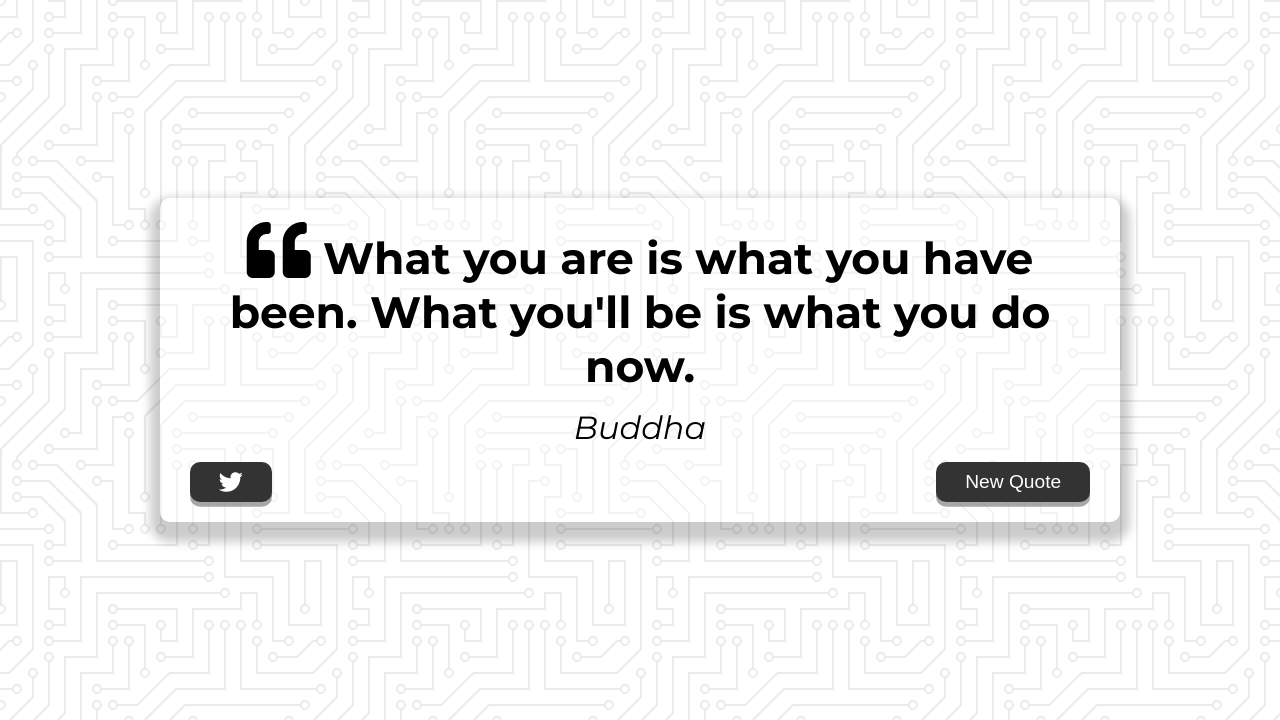
Repository: Badynko/quote-generator
Page: index.html
These files come from the project's save history. The page is drawn as it stood at one moment and after the next save; the edit follows.
The browser window is 1280 px wide. The pictures show the whole page.
The page's requests for data from a server got no answer. Some web libraries are served in a nearby version.

Above is the page before, as saved 2024-05-08 20:00:13.

### index.html
<!DOCTYPE html>
<html lang="en">
  <head>
    <meta charset="UTF-8" />
    <meta http-equiv="Permissions-Policy" content="interest-cohort=()" />
    <meta name="viewport" content="width=device-width, initial-scale=1.0" />
    <title>Template</title>
    <link rel="icon" type="image/png" href="favicon.png" />

    <link
      rel="stylesheet"
      href="https://cdnjs.cloudflare.com/ajax/libs/font-awesome/5.10.2/css/all.min.css"
    />
    <link rel="stylesheet" href="style.css" />
  </head>
  <body>
    <div class="quote-container" id="quote-container">
      <!-- Quote -->
      <div class="quote-text">
        <i class="fas fa-quote-left"></i>
        <span id="quote">
          What you are is what you have been. What you'll be is what you do now.
        </span>
      </div>
      <!-- Author -->
      <div class="quote-author">
        <span id="author">Buddha</span>
      </div>
      <!-- Buttons -->
      <div class="button-container">
        <button class="twitter-button" id="twitter" title="Tweet This!">
          <i class="fab fa-twitter"></i>
        </button>
        <button id="new-quote">New Quote</button>
      </div>
    </div>
    <!-- Script -->
    <script src="script.js"></script>
  </body>
</html>

### style.css
@import url("https://fonts.googleapis.com/css2?family=Montserrat:ital,wght@0,100..900;1,100..900&display=swap");

html {
  box-sizing: border-box;
}

body {
  margin: 0;
  min-height: 100vh;
  background-color: #ffffff;
  background-image: url("data:[embedded picture, 5330 characters]");
  color: #000;
  font-family: Montserrat, sans-serif;
  font-weight: 700;
  text-align: center;
  display: flex;
  align-items: center;
  justify-content: center;
}

.quote-container {
  width: auto;
  max-width: 900px;
  padding: 20px 30px;
  border-radius: 10px;
  background-color: rgba(255, 255, 255, 0.4);
  box-shadow: 0 10px 10px 10px rgba(0, 0, 0, 0.2);
}

.quote-text {
  font-size: 2.75rem;
}

.long-quote {
  font-size: 2rem;
}

.fa-quote-left {
  font-size: 4rem;
}

.quote-author {
  margin-top: 15px;
  font-size: 2rem;
  font-weight: 400;
  font-style: italic;
}

.button-container {
  margin-top: 15px;
  display: flex;
  justify-content: space-between;
}

button {
  cursor: pointer;
  font-size: 1.2rem;
  height: 2.5rem;
  border: none;
  border-radius: 10px;
  color: #fff;
  background: #333;
  outline: none;
  padding: 0.5rem 1.8rem;
  box-shadow: 0 0.3rem rgba(121, 121, 121, 0.65);
}

button:hover {
  filter: brightness(110%);
}

button:active {
  transform: translate(0, 0.3rem);
  box-shadow: 0 0.1rem rgba(255, 255, 255, 0.65);
}

.twitter-button:hover {
  color: #38a1f3;
}

.fa-twitter {
  font-size: 1.5rem;
}

/* Media Query: Tablet or Smaller */
@media screen and (max-width: 1000px) {
  .quote-container {
    margin: auto 10px;
  }

  .quote-text {
    font-size: 2.5rem;
  }
}

### script.js
let apiQuotes = [];

// Get Quotes from API
async function getQuotes() {
  const apiUrl = "https://type.fit/api/quotes";
  try {
    const response = await fetch(apiUrl);
    apiQuotes = await response.json();
    console.log(apiQuotes);
  } catch (error) {
    // Catch Error Here
  }
}

// On Load
getQuotes();

After the next save:
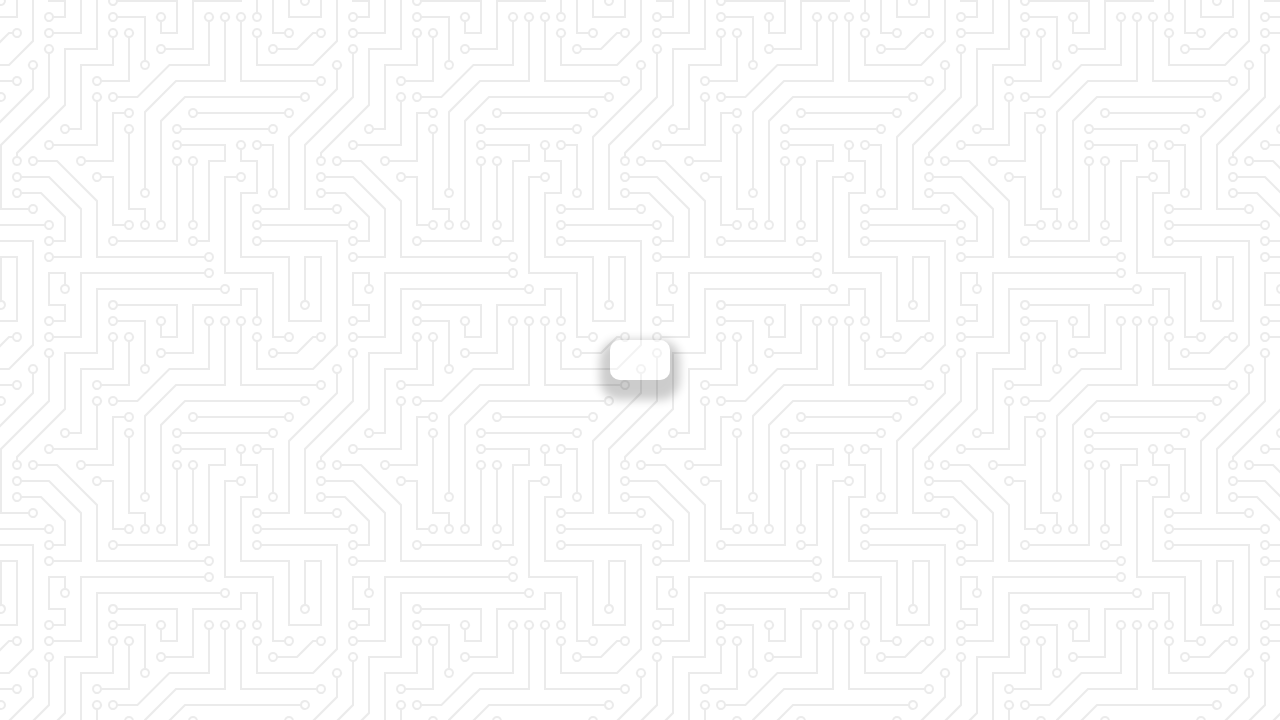
Saved 2 min 31 s later.
--- a/script.js
+++ b/script.js
@@ -14,3 +14,5 @@ async function getQuotes() {
 
 // On Load
 getQuotes();
+
+document.getElementById("quote-container").textContent = [...apiQuotes];
